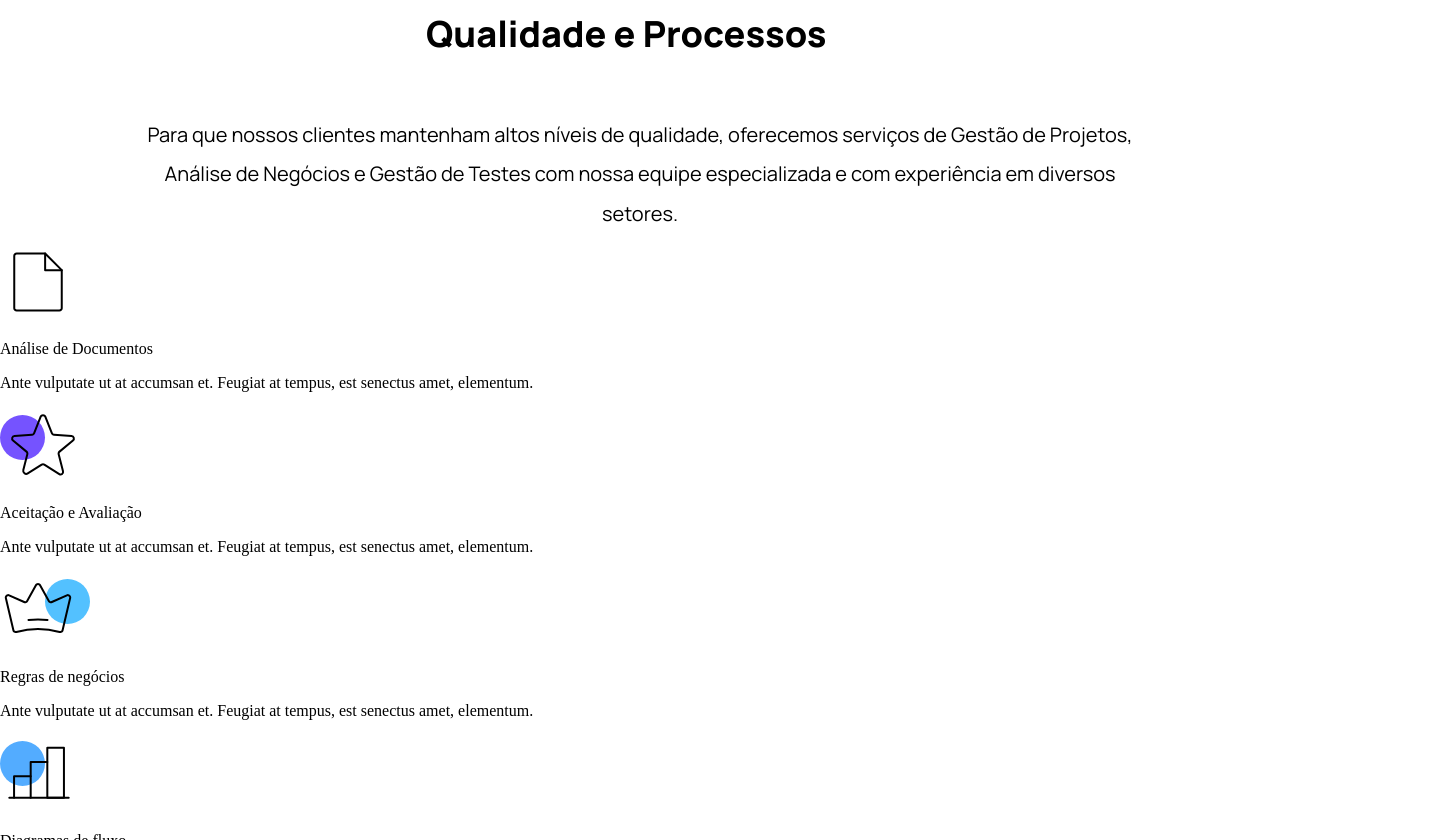
Repository: kleber-goncalves/Landing-Page-Gestao-de-projetos-dnc
Page: index.html
The author's editor kept a copy of each file at every save. The page is drawn from the files as they stood at one save, then again after the next save.
The browser window is 1280 px wide. The page is 1440 px wide, so the pictures cover 1440 px, including what lies to the right of the window. The pictures show the part of the page from y = 775 to 1615 px (the page is 2007 px tall before and 1385 px after).

Above is the page before, as saved 2025-01-04 16:31:39.

### index.html
<!DOCTYPE html>
<html lang="pt-br">
<head>
    <meta charset="UTF-8">
    <meta name="viewport" content="width=device-width, initial-scale=1.0">
    <link rel="stylesheet" href="style.css">
    <link rel="preconnect" href="https://fonts.googleapis.com">
    <link rel="preconnect" href="https://fonts.gstatic.com" crossorigin>
    <link href="https://fonts.googleapis.com/css2?family=Manrope:wght@200..800&display=swap" rel="stylesheet">
    <title>Document</title>
</head>
<body>
    <main>
        <section id="topo" >
            <div id="elemnt-topo">
                <h1>Transformando em produtos digitais</h1>
                <p>Para que nossos clientes mantenham altos níveis de qualidade, oferecemos serviços de gestão de projetos e análise de negócios com nossa equipe especializada em diversos setores.</p>
            </div>
        </section>
        <section id="meio">
            <div id="txts-meio" >

                <h2>Qualidade e Processos</h2>
                <p>
                    Para que nossos clientes mantenham altos níveis de qualidade, oferecemos serviços de Gestão de Projetos, Análise de Negócios e Gestão de Testes com nossa equipe especializada e com experiência em diversos setores.
                </p>

            </div>






            <div id="icons-meio" >

                <div id="icons-documento">
                    <img class="img-icons" src="/img/icons-meio.img/document.svg" alt="document.svg">
                    <p class="txt-icons">Análise de Documentos</p>
                    <p class="sub-icons">Ante vulputate ut at accumsan et. Feugiat at tempus, est senectus amet, elementum.</p>
                </div>
                <div id="icons-estrela">
                    <img class="img-icons" src="/img/icons-meio.img/estrela.svg" alt="estrela.svg">
                    <p class="txt-icons">Aceitação e Avaliação</p>
                    <p class="sub-icons">Ante vulputate ut at accumsan et. Feugiat at tempus, est senectus amet, elementum.</p>
                </div>
                <div id="icons-coroa">
                    <img class="img-icons" src="/img/icons-meio.img/coroa.svg" alt="coroa.svg">
                    <p class="txt-icons">Regras de negócios</p>
                    <p class="sub-icons">Ante vulputate ut at accumsan et. Feugiat at tempus, est senectus amet, elementum.</p>
                </div>
                <div id="icons-fluxos">
                    <img class="img-icons" src="/img/icons-meio.img/fluxo.svg" alt="fluxo.svg">
                    <p class="txt-icons">Diagramas de fluxo</p>
                    <p class="sub-icons">Ante vulputate ut at accumsan et. Feugiat at tempus, est senectus amet, elementum.</p>
                </div>
                <div id="icons-bola">
                    <img class="img-icons" src="/img/icons-meio.img/bola.svg" alt="bola.svg">
                    <p class="txt-icons">Análise dos stakeholders</p>
                    <p class="sub-icons">Ante vulputate ut at accumsan et. Feugiat at tempus, est senectus amet, elementum.</p>
                </div>
                <div id="icons-figma">
                    <img class="img-icons" src="/img/icons-meio.img/figma.svg" alt="figma.svg">
                    <p class="txt-icons">Análise dos stakeholders</p>
                    <p class="sub-icons">Ante vulputate ut at accumsan et. Feugiat at tempus, est senectus amet, elementum.</p>
                </div>


            </div>

        </section>
    </main>
</body>
</html>

### style.css
body {
    margin: 0;
    font-size: 16px;
    box-sizing: border-box;
}





#topo {
    width:  1440px;
    height:  754px;
    background-image: url(/img/topo-fundo.svg);
    background-size: cover;
    background-repeat: no-repeat;
    display:flex ;
    flex-direction: column;
    justify-items: flex-start;
}

#topo > #elemnt-topo {
    margin-left: 121px;
    margin-top: 236px;
}

#elemnt-topo > h1 {
    width: 665px;
    height: 164px;
    font-family: "Manrope", serif;
    font-size: 64px;
    font-weight: 800;
    color: black;
}

#elemnt-topo > p {
    font-family: "Manrope", serif;
    width:  650px;
    height: 99px;
    font-family: Manrope;
    font-size: 20px;
    font-weight: 400;
}








#txts-meio {
    display: flex;
    flex-direction: column;
    align-items: center;
}

#txts-meio > h2 {
    width: 428px;
    height: 56px;
    color: black;
    font-family: "Manrope", serif;
    font-size: 36px;
    font-weight: 800;
    line-height: 49.18px;
}


#txts-meio > p {
    width:  994px;
    height:  109px;
    color: black;
    font-family: "Manrope", serif;
    font-size: 20px;
    font-weight: 400;
    line-height: 39.5px;
    text-align: center;
}




#icons-meio {
    display: grid;
    grid-template-columns: repeat(3, 1f);
}

After the next save:
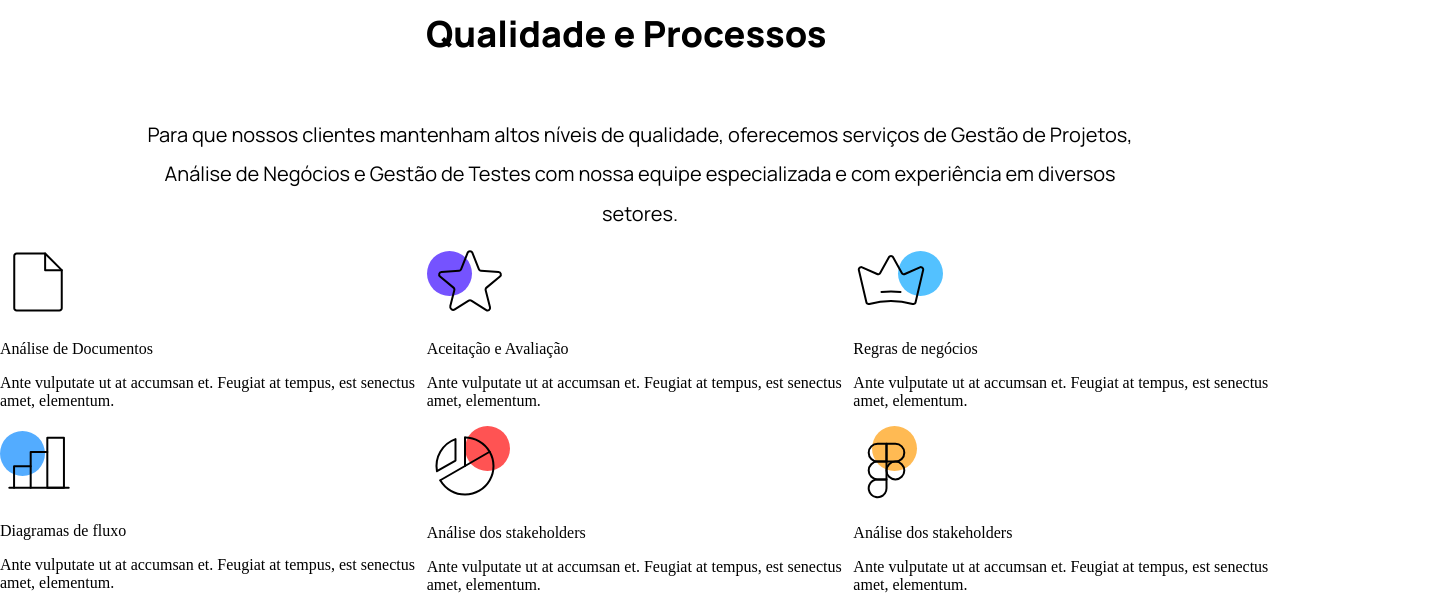
Saved 6 s later.
--- a/style.css
+++ b/style.css
@@ -82,5 +82,5 @@ body {
 
 #icons-meio {
     display: grid;
-    grid-template-columns: repeat(3, 1f);
+    grid-template-columns: repeat(3, 1fr);
 }
